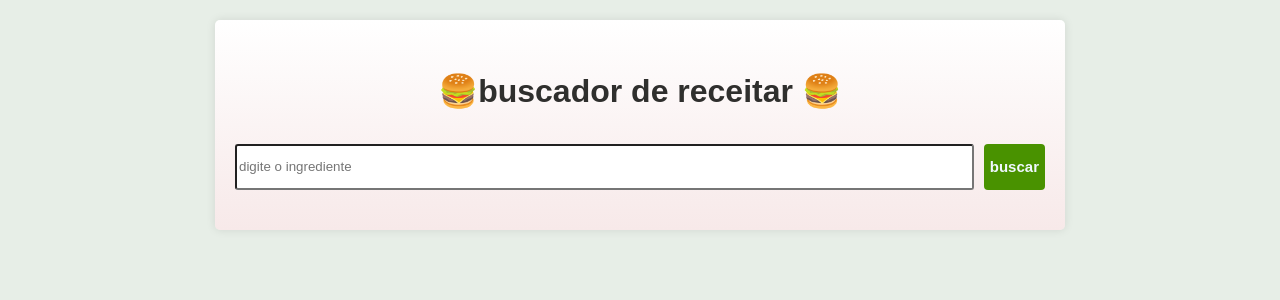
Repository: RoneT9/Receitas
Page: receita.html
The author's editor kept a copy of each file at every save. The page is drawn from the files as they stood at one save, then again after the next save.
The browser window is 1280 px wide. The pictures show the whole page.

Above is the page before, as saved 2026-02-21 20:10:14.

After the next save:
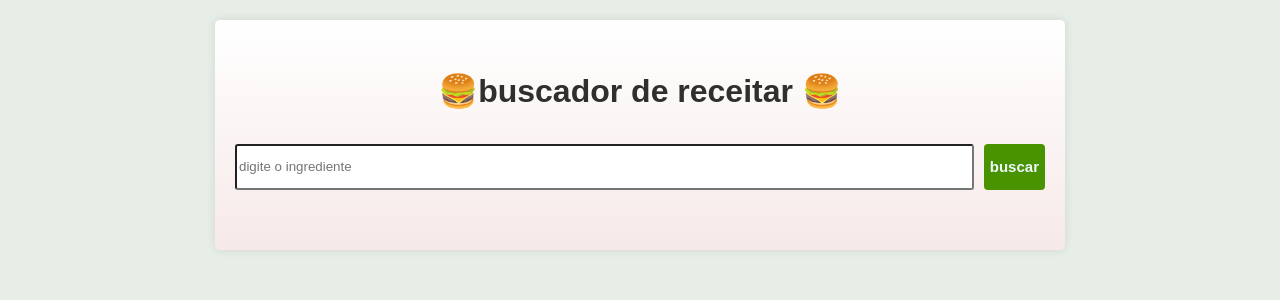
Saved 2 min 7 s later.
--- a/receita.css
+++ b/receita.css
@@ -98,3 +98,7 @@
   grid-template-columns: repeat(auto-fill, minmax(200px, 1fr));
   gap: 3px;
 }
+
+.recipe-details {
+  margin-top: 20px;
+}
